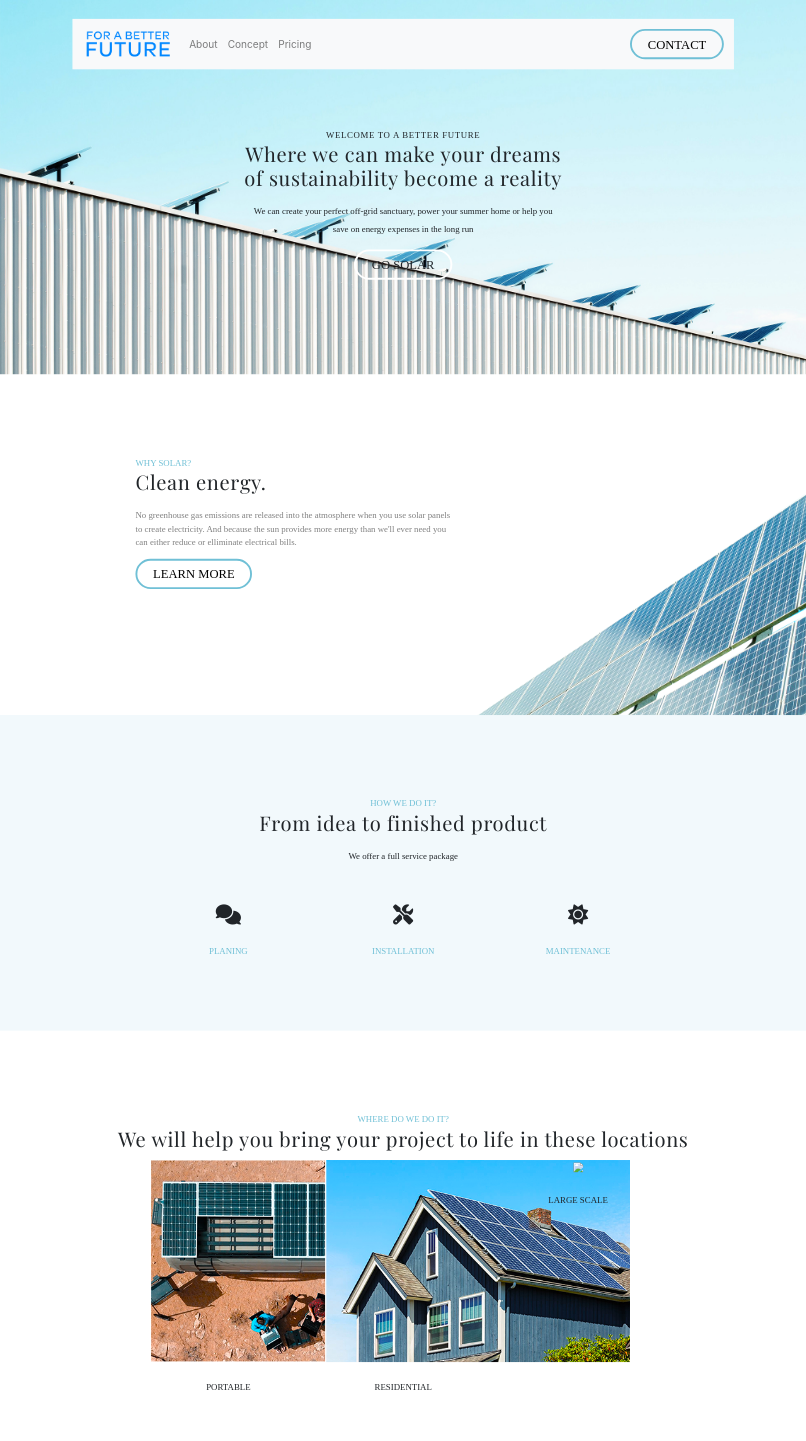
Repository: sabinemm/fabf
Page: index.html
The author's editor kept a record of every edit. The page is drawn from the files as they stood at one moment, then again after the next edit.
The browser window is 1280 px wide. The pictures show the whole page, at 63% of full size.
Backgrounds fixed to the window are drawn as part of the page. Some web fonts or font styles are not loaded; a fallback is used. Some web libraries are served in a nearby version.

Above is the page before.
Not found: largescale.png

### index.html
<!DOCTYPE html>
<html lang="en">

<head>
    <meta charset="UTF-8">
    <meta name="viewport" content="width=device-width, initial-scale=1.0">
    <meta http-equiv="X-UA-Compatible" content="ie=edge">
    <link rel="stylesheet" href="style.css" type="text/css" />
    <link rel="stylesheet" href="https://stackpath.bootstrapcdn.com/bootstrap/4.3.1/css/bootstrap.min.css" integrity="sha384-ggOyR0iXCbMQv3Xipma34MD+dH/1fQ784/j6cY/iJTQUOhcWr7x9JvoRxT2MZw1T" crossorigin="anonymous">
    <link rel="stylesheet" media="screen" href="https://fontlibrary.org/face/roundo" type="text/css" />
    <link rel="stylesheet" media="screen" href="https://fontlibrary.org/face/source-sans-pro" type="text/css" />
    <link href="https://fonts.googleapis.com/css?family=Playfair+Display&display=swap" rel="stylesheet">
    <script src="https://kit.fontawesome.com/7e530e9396.js"></script>
    <title>FOR A BETTER FUTURE</title>
</head>

<body>

    <!–-----– NAVBAR ------->

    <div class="container">
        <nav class="navbar navbar-fixed-top navbar-expand-lg navbar-light bg-light">
            <a class="navbar-brand" href="#">
          <img src="img/logo.svg" height="50px"alt="logo">
        </a>
            <button class="navbar-toggler" type="button" data-toggle="collapse" data-target="#navbarText" aria-controls="navbarText" aria-expanded="false" aria-label="Toggle navigation">
    <span class="navbar-toggler-icon"></span>
  </button>
            <div class="collapse navbar-collapse justify-content-center" id="navbarText">
                <ul class="navbar-nav mr-auto">
                    <li class="nav-item">
                        <a class="nav-link" href="#">About</a>
                    </li>
                    <li class="nav-item">
                        <a class="nav-link" href="#">Concept</a>
                    </li>
                    <li class="nav-item">
                        <a class="nav-link" href="#">Pricing</a>
                    </li>
                </ul>
                <span class="navbar-text">
          <button type="button" class="btn btn-blue-border">CONTACT</button>
    </span>
            </div>
        </nav>
    </div>

    <!–-----– FIRST SECTION ------->

    <section id="parallax">
        <div class="container">
            <div class="ltitle text-center">
                <p class="uppercase stitle">WELCOME TO A BETTER FUTURE</p>
                <h2> Where we can make your dreams <br> of sustainability become a reality </h2>
                <p class="tparagraph"> We can create your perfect off-grid sanctuary, power your summer home or help you <br> save on energy expenses in the long run</p>
                <button type="button" class="btn  btn-transp-white-border">GO SOLAR</button>
            </div>
        </div>
    </section>

    <!–-----– SECOND SECTION ------->

    <section id="clean">
        <div class="container container-fluid section-2">
            <div class="row">
                <div class="col col-md-6">
                    <p class="uppercase stitle stitle-blue">WHY SOLAR?</p>
                    <h2 class="ltitle ltitle2"> Clean energy.</h2>
                    <p class="tparagraph tparagraph2"> No greenhouse gas emissions are released into the atmosphere when you use solar panels to create electricity. And because the sun provides more energy than we'll ever need you can either reduce or elliminate electrical bills. </p>
                    <button type="button" class="btn btn-blue-border">LEARN MORE</button>

                </div>
            </div>

            <div class="container">
                <div class="col col-md-6 offset-md-6">
                    <img src="img/sidepanel.png" class="sidepanel"></img>
                </div>
            </div>
        </div>

    </section>

    <!–-----– THIRD SECTION ------->

    <section id="idea">
        <div class="idea-title text-center">
            <p class="uppercase stitle stitle-blue">HOW WE DO IT?</p>
            <h2 class="ltitle ltitle2"> From idea to finished product</h2>
            <p class="tparagraph">We offer a full service package</p>

        </div>
        <div class="container container-fluid ">
            <div class="row m-auto text-center justify-content-center">
                <div class=" col-sm-3 col-md-3">
                   <div class="icons"><i class="fas fa-comments fa-2x"></i></div>
                     <p class="uppercase stitle stitle-blue stitlen">PLANING</p>
                </div>
                <div class="col-sm-3 col-md-3">
                    <div class="icon"><i class="fas fa-tools fa-2x"></i></div>
                     <p class="uppercase stitle stitle-blue stitlen">INSTALLATION</p>
                </div>
                <div class="col-sm-3 col-md-3">
                    <div class="icon"><i class="fas fa-sun fa-2x"></i></div>
                     <p class="uppercase stitle stitle-blue stitlen">MAINTENANCE</p>
                </div>
            </div>

        </div>

    </section>

 <!–-----– FOURTH SECTION ------->

     <section id="where">
        <div class=" text-center">
            <p class="uppercase stitle stitle-blue">WHERE DO WE DO IT?</p>
            <h2 class="ltitle ltitle2">We will help you bring your project to life
in these locations</h2>


        </div>
        <div class="container container-fluid ">
            <div class="row m-auto text-center justify-content-center">
                <div class=" col-sm-3 col-md-3">
                   <img src="img/portable.png"></img>
                     <p class="uppercase stitle stitlen">PORTABLE</p>
                </div>
                <div class="col-sm-3 col-md-3">
                    <img src="img/residential.png"></img>
                     <p class="uppercase stitle stitlen">RESIDENTIAL</p>
                </div>
                <div class="col-sm-3 col-md-3">
                    <img src="largescale.png"></img>
                     <p class="uppercase stitle stitlen">LARGE SCALE</p>
                </div>
            </div>

        </div>

    </section>

</body>

</html>

### style.css

/*-------------------navbar------------------*/

.navbar {
    margin-top: 30px;
    margin-left: 30px;
    margin-right: 30px;

}

@media (max-width:536px) {
    .navbar {
        margin-top: 15px;
        margin-left: 10px;
        margin-right: 10px;
    }
}

/*-------------------Buttons------------------*/

.btn-transp-white-border,
.btn-transp-white-border:hover,
.btn-transp-white-border:active,
.btn-transp-white-border:visited,
.btn-transp-white-border:active:focus,
.btn-transp-white-border:focus {
    background-color: rgba(0, 0, 0, 0);
    border: solid 3px white !important;
    border-radius: 30px !important;
    color: white;
    text-align: center;
    text-decoration: none;
    display: inline-block;
    font-size: 20px !important;
    font-family: 'SourceSansProRegular';
    padding-left: 25px !important;
    padding-right: 25px !important;
}


.btn-transp-white-border:hover {
    background-color: rgba(255, 255, 255, 0.5);
    padding-left: 25px;
    padding-right: 25px;
}


.btn-blue-border,
.btn-blue-border:hover,
.btn-blue-border:active,
.btn-blue-border:visited,
.btn-blue-border:active:focus,
.btn-blue-border:focus {
    background-color: rgba(0, 0, 0, 0) !important;
    border: solid 3px rgb(112, 192, 214) !important;
    border-radius: 30px !important;
    color: black !important;
    text-align: center;
    text-decoration: none;
    display: inline-block;
    font-size: 20px !important;
    font-family: 'SourceSansProRegular';
    padding-left: 25px !important;
    padding-right: 25px!important;
}

.btn-blue-border:hover {
    background-color: rgba(112, 192, 214, 0.5) !important;
    padding-left: 25px;
    padding-right: 25px;
}


/*-------------------SECTION 1 PAGE 1------------------*/

#parallax {
    background: url(img/1page1section.jpg);
    background-attachment: fixed;
    background-position: bottom;
    background-repeat: no-repeat;
    background-size: cover;
    margin-top: -110px;
}

@media (max-width:536px) {
    #parallax {
        margin-top: -110px;
    }
}

.stitle {
    font-size: 14px;
    font-family: 'RoundoRegular';
    font-weight: 500;
    font-style: normal;
    margin-bottom: -5px;
}

.ltitle {
    padding-top: 200px;
    font-family: 'Playfair Display';
    letter-spacing: 1px;
    line-height: 30px;
    padding-bottom: 150px;
}

@media (max-width:768px) {
    .ltitle {
        padding-top: 150px;
        padding-bottom: 100px;
    }
}

.tparagraph {
    padding-top: 10px;
    font-family: 'SourceSansProRegular';
    font-weight: normal;
    font-style: normal;
    font-size: 14px;
    letter-spacing: 0;
}

@media (max-width:768px) {
    br {
        display: none !important;
        visibility: hidden;
    }
}

/*-------------------SECTION 2 PAGE 1------------------*/
#clean {
    padding-left: 0;
}
@media (min-width:768px) {
#clean {
    padding-left: 200px;
}
}


.stitle-blue {
    color:rgb(112, 192, 214);
    padding-top: 70px;

}

@media (min-width:768px) {
    .stitle-blue {
        padding-top: 130px;
    }
}

.ltitle2 {
padding-top: 10px;
padding-bottom: 10px;
}

.tparagraph2 {
    color: gray;

}

.section-2 {
  padding-bottom: 100px;
}

.sidepanel {
position:relative;
float: right;
height:400px;
margin-top: -150px;
margin-right: -45px;
z-index: -1;
}

/*-------------------SECTION 3 PAGE 1------------------*/

#idea {
    background-color: rgb(242, 249,252);
     padding-bottom: 70px;
}

.idea-title {;
    padding-bottom: 50px;
    margin-top: 100px;
}


.stitlen {
    padding-top: 30px;
    padding-bottom: 50px;
}


/*-------------------SECTION 4 PAGE 1------------------*/

.whereimg {
    height: 150px;
}

.wheretitle {
    padding-top: 20px;
    padding-bottom: 30px;
}


#where {
    padding-bottom: 30px;
}



/*-------------------FOOTER------------------*/

After the next edit:
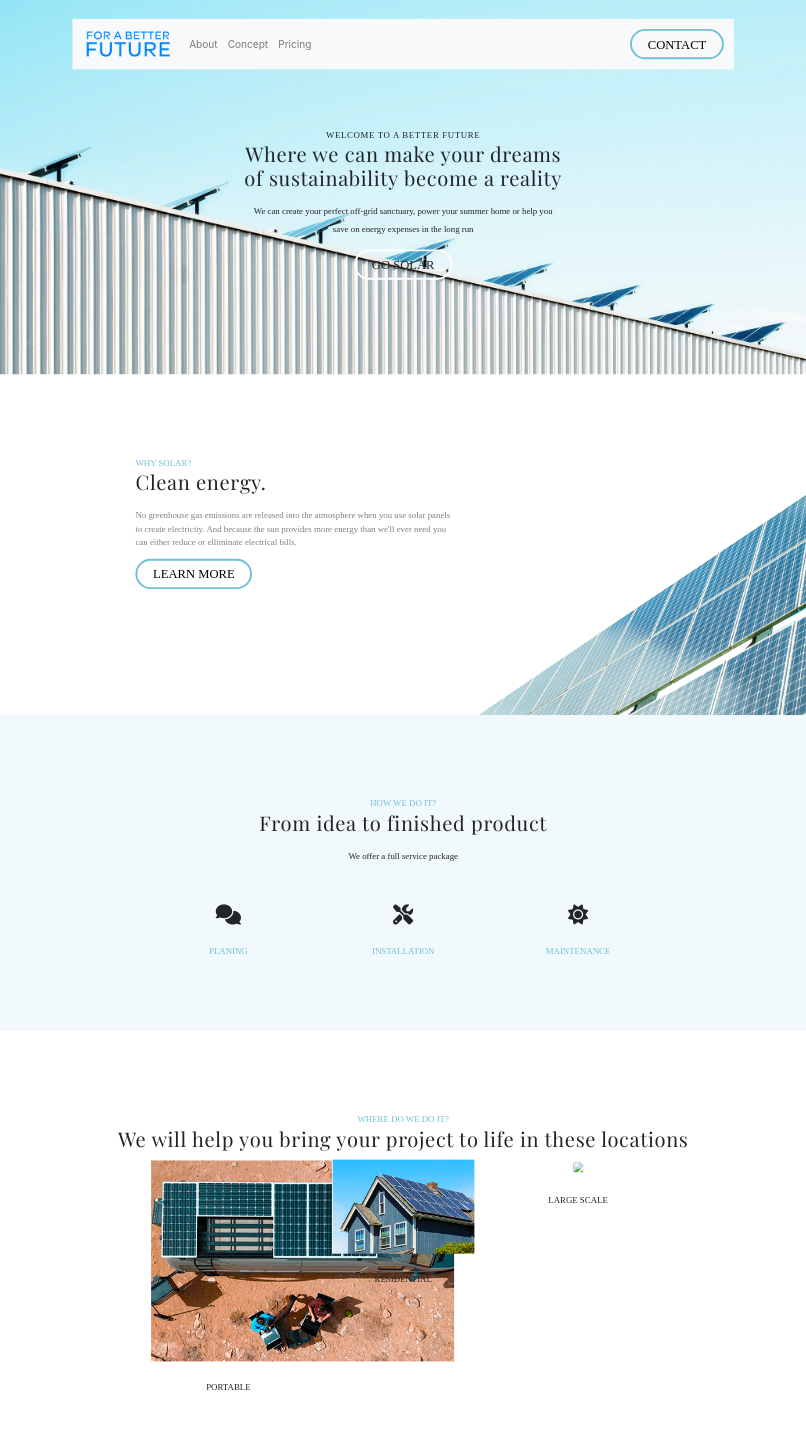
The edit:
--- a/index.html
+++ b/index.html
@@ -127,7 +127,7 @@
                      <p class="uppercase stitle stitlen">PORTABLE</p>
                 </div>
                 <div class="col-sm-3 col-md-3">
-                    <img src="img/residential.png"></img>
+                    <img class="whereimg" src="img/residential.png"></img>
                      <p class="uppercase stitle stitlen">RESIDENTIAL</p>
                 </div>
                 <div class="col-sm-3 col-md-3">
